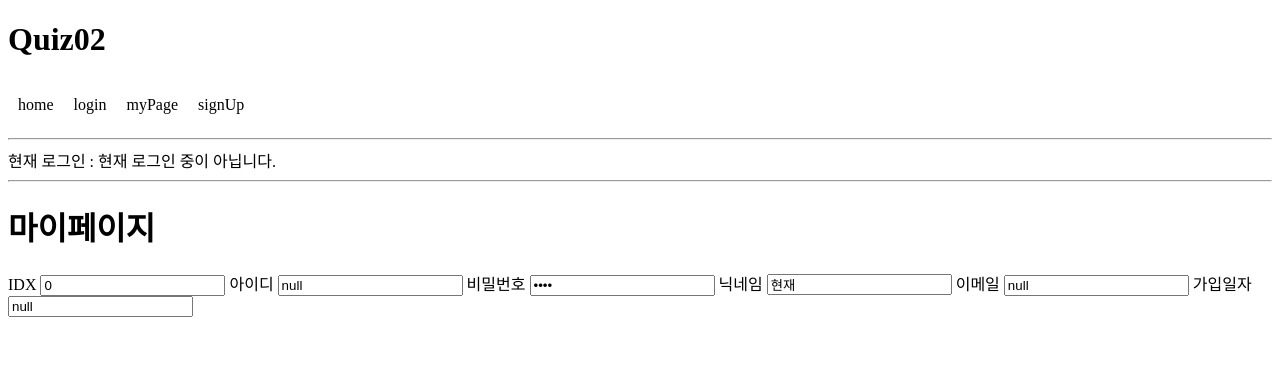
Repository: ChimmyWorld/JSP
Page: http://localhost/Day50/quiz2/myPage.jsp
An editor plug-in stored every save of this project. The page is shown before and after the next save, followed by the edit.
The browser window is 1280 px wide. The pictures show the whole page.
The page is served by Tomcat 9. Other server files are loaded and not shown.

Above is the page before, as saved 2023-09-20 23:59:34.

### Day50/WebContent/quiz2/myPage.jsp
<%@ page language="java" contentType="text/html; charset=UTF-8"
    pageEncoding="UTF-8"%>
<%@ include file="header.jsp"%>

<h1>마이페이지</h1>

<label for="idx">IDX</label>
<input id="userid" name="userid" value= <%=user.getIdx() %>>

<label for="userid">아이디</label>
<input id="userid" name="userid" value=<%=user.getUserid() %>>

<lable for="userpw">비밀번호</label>
<input id="userpw" type="password" name="userpw" value=<%=user.getUserpw() %>>

<label for="nick">닉네임</label>
<input id="nick" name="nick" value=<%=user.getNick() %>>

<label for="email">이메일</label>
<input id="email" name="email" value=<%=user.getEmail() %>>

<label for="join_date">가입일자</label>
<input id="join_date" name="join_date" value=<%=user.getJoin_date() %>>



</body>
</html>

### Day50/WebContent/quiz2/header.jsp
<%@page import="beans.AccountVO"%>
<%@ page language="java" contentType="text/html; charset=UTF-8"
    pageEncoding="UTF-8"%>
<!DOCTYPE html>
<html>
<head>
<meta charset="UTF-8">
<title>header.jsp</title>

<link rel="stylesheet" href="../css/style.css">
</head>
<body>
	<jsp:useBean id="dao" class="model.AccountDAO"/>

	<%
		AccountVO user = (AccountVO)session.getAttribute("user");

		String login = "logout";
		String myPage = "myPage";

		if (user == null) {
			user = new AccountVO();
			user.setNick("현재 로그인 중이 아닙니다.");

			login = "login";
			myPage ="";
		}
	%>

	<h1><a href="home.jsp">Quiz02</a></h1>

	<nav>
		<ul class="menu">
			<li><a href="home.jsp">home</a></li>
			<li><a href="<%=login %>.jsp"><%=login %></a></li>
			<li><a href="myPage.jsp">myPage</a>
			<li><a href="signUp.jsp">signUp</a>
		</ul>
	</nav>

	<hr>
	<div>현재 로그인 : <%=user.getNick() %></div>
	<hr>

</body>
</html>

### Day50/src/model/DAO.java
package model;

import java.sql.Connection;
import java.sql.PreparedStatement;
import java.sql.ResultSet;
import java.sql.SQLException;
import java.sql.Statement;

import javax.naming.Context;
import javax.naming.InitialContext;
import javax.naming.NamingException;
import javax.sql.DataSource;

public class DAO {
	protected Context ct;
	protected DataSource ds;

	protected Connection conn;
	protected Statement stmt;
	protected PreparedStatement pstmt;
	protected ResultSet rs;

	public DAO() {
		try {
			ct = new InitialContext();
			ds = (DataSource) ct.lookup("java:comp/env/jdbc/oracle");



		} catch (NamingException e) {
			System.err.println("생성자 예외" + e.getMessage());
		} finally {
			close();
		}

	}

	protected void close() {
		try {
			if (rs != null) rs.close();
			if (pstmt != null) pstmt.close();
			if (stmt != null) stmt.close();
			if (conn != null) conn.close();

		} catch (Exception e) {}
	}

	public String test() {
		String sql = "select banner from v$version";
		try {
			conn = ds.getConnection();
			stmt = conn.createStatement();
			rs = stmt.executeQuery(sql);

			rs.next();

			return rs.getString("banner");

		} catch (SQLException e) {
			System.err.println("test 예외 :" + e.getMessage());
		} finally {
			close();
		}

		return null;
	}
}

### Day50/src/model/AccountDAO.java
package model;

import java.sql.ResultSet;
import java.sql.SQLException;
import java.util.ArrayList;
import java.util.List;

import beans.AccountVO;

public class AccountDAO extends DAO{

	private AccountVO mapper(ResultSet rs) throws SQLException{
		AccountVO row = new AccountVO();

		row.setEmail(rs.getString("email"));
		row.setIdx(rs.getInt("idx"));
		row.setJoin_date(rs.getDate("join_date"));
		row.setNick(rs.getString("nick"));
		row.setUserid(rs.getString("userid"));
		row.setUserpw(rs.getString("userpw"));

		return row;
	}

	public List<AccountVO> selectAll(){
		String sql = "select * from account";

		try {
			conn = ds.getConnection();
			stmt = conn.createStatement();
			rs = stmt.executeQuery(sql);

			List<AccountVO> list = new ArrayList<>();

			while (rs.next()) {
				AccountVO row = mapper(rs);
				list.add(row);
			}

			return list;
		} catch(SQLException e) {
			System.err.println("selectAll 예외" + e.getMessage());
		} finally {
			close();
		}
		return null;
	}

	public AccountVO selectOne(AccountVO input) {
		String sql = "select * "
				+ "from account where "
				+ "userid = ? "
				+ "and userpw = ?";

		try {
			conn = ds.getConnection();
			pstmt = conn.prepareStatement(sql);

			pstmt.setString(1, input.getUserid());
			pstmt.setString(2, input.getUserpw());

			rs = pstmt.executeQuery();
			rs.next();

			AccountVO row = mapper(rs);

			return row;
		} catch (SQLException e) {
			System.err.println("selectOne 예외 " + e.getMessage());
		} finally {
			close();
		}
		return null;
	}

}

### Day50/src/beans/AccountVO.java
package beans;
/*
 IDX       NOT NULL NUMBER
USERID    NOT NULL VARCHAR2(20)
USERPW    NOT NULL VARCHAR2(20)
NICK      NOT NULL VARCHAR2(100)
EMAIL     NOT NULL VARCHAR2(100)
JOIN_DATE          DATE
 */

import java.sql.Date;

public class AccountVO {
	private int idx;
	private String userid;
	private String userpw;
	private String nick;
	private String Email;
	private Date join_date;
	public int getIdx() {
		return idx;
	}
	public void setIdx(int idx) {
		this.idx = idx;
	}
	public String getUserid() {
		return userid;
	}
	public void setUserid(String userid) {
		this.userid = userid;
	}
	public String getUserpw() {
		return userpw;
	}
	public void setUserpw(String userpw) {
		this.userpw = userpw;
	}
	public String getNick() {
		return nick;
	}
	public void setNick(String nick) {
		this.nick = nick;
	}
	public String getEmail() {
		return Email;
	}
	public void setEmail(String email) {
		Email = email;
	}
	public Date getJoin_date() {
		return join_date;
	}
	public void setJoin_date(Date join_date) {
		this.join_date = join_date;
	}





}

### Day50/WebContent/css/style.css
@charset "UTF-8";
a{
	color: inherit;
	text-decoration: none;
}
a:hover{
	text-decoration: underline;
}
nav {
	display: flex;
	justify-content: space-between;
}
.menu {
	list-style: none;
	padding: 0;
	display: flex;
}
.menu > li {
	margin: 0 10px;
}
.accounts{
	border-collapse: collapse;
}
.accounts th, .accounts td {
	border: 1px solid #a0a0a0;
	padding: 5px 10px;
}

After the next save:
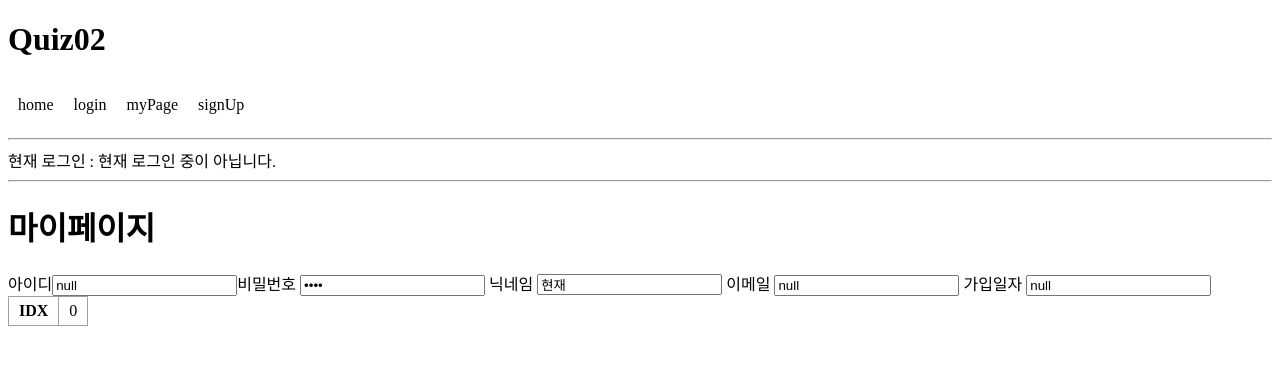
Saved 106 s later.
--- a/Day50/WebContent/quiz2/myPage.jsp
+++ b/Day50/WebContent/quiz2/myPage.jsp
@@ -4,24 +4,28 @@
 
 <h1>마이페이지</h1>
 
-<label for="idx">IDX</label>
-<input id="userid" name="userid" value= <%=user.getIdx() %>>
+<form action="modify.jsp" method="POST">
+	<table class="accounts">
+		<tr>
+		 <th>IDX</th>
+		 <td><%=user.getIdx() %></td>
+		</tr>
+		<label for="userid">아이디</label>
+		<input id="userid" name="userid" value=<%=user.getUserid() %>>
 
-<label for="userid">아이디</label>
-<input id="userid" name="userid" value=<%=user.getUserid() %>>
+		<lable for="userpw">비밀번호</label>
+		<input id="userpw" type="password" name="userpw" value=<%=user.getUserpw() %>>
 
-<lable for="userpw">비밀번호</label>
-<input id="userpw" type="password" name="userpw" value=<%=user.getUserpw() %>>
+		<label for="nick">닉네임</label>
+		<input id="nick" name="nick" value=<%=user.getNick() %>>
 
-<label for="nick">닉네임</label>
-<input id="nick" name="nick" value=<%=user.getNick() %>>
+		<label for="email">이메일</label>
+		<input id="email" name="email" value=<%=user.getEmail() %>>
 
-<label for="email">이메일</label>
-<input id="email" name="email" value=<%=user.getEmail() %>>
-
-<label for="join_date">가입일자</label>
-<input id="join_date" name="join_date" value=<%=user.getJoin_date() %>>
-
+		<label for="join_date">가입일자</label>
+		<input id="join_date" name="join_date" value=<%=user.getJoin_date() %>>
+	</table>
+</form>
 
 
 </body>
